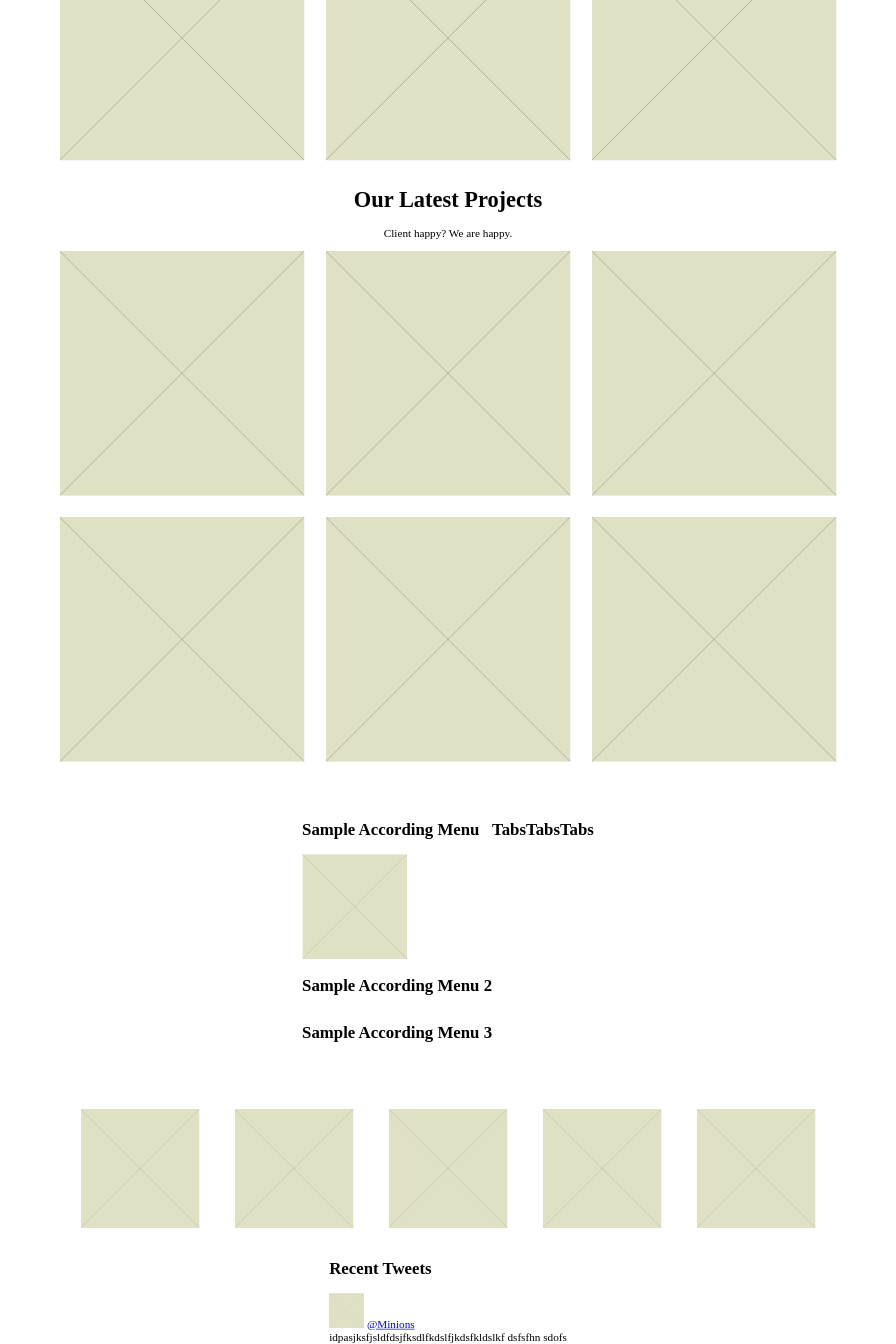
Repository: ReallyNguyen/responsive-web
Page: index.html
These files come from the project's save history. The page is drawn as it stood at one moment and after the next save; the edit follows.
The browser window is 1280 px wide. The pictures show the part of the page from y = 685 to 2605 px (the page is 2605 px tall before and 2583 px after), at 70% of full size.

Above is the page before, as saved 2023-01-25 21:36:12.

### index.html
<!doctype html>
<html class="no-js" lang="">

<head>
  <meta charset="utf-8">
  <title></title>
  <meta name="description" content="">
  <meta name="viewport" content="width=device-width, initial-scale=1">

  <meta property="og:title" content="">
  <meta property="og:type" content="">
  <meta property="og:url" content="">
  <meta property="og:image" content="">

  <link rel="manifest" href="site.webmanifest">
  <link rel="apple-touch-icon" href="icon.png">
  <!-- Place favicon.ico in the root directory -->

  <link rel="stylesheet" href="css/normalize.css">
  <link rel="stylesheet" href="css/main.css">

  <meta name="theme-color" content="#fafafa">
</head>

<body>
  <header>
    <div class="nav-bar">
      <h1 class="company-name" >Metrolics</h1>
      <img class="logo" src="placeholder.svg" alt="company logo" width="50" height="50">
      <img class="accordian" src="placeholder.svg" alt="accordian here" width="50" height="50">

    </div>

    <div class="introduction">
      <h1> Hey guys! This is the Metrolics theme. It sports a responsive layout with a mobile layout.</h1>
    </div>


  </header>



  <article>

    <div class="Title">
      <h1>
        Things we do
      </h1>
      <p>
        ask what we do
      </p>
    </div>

    <main>

      <div class="Contents">
        <div class="Content">
          <img src="placeholder.svg" alt="" width="50" height="50">
          <div class="Description">
            <h4 class="topic">
              Web Solution
            </h4>
            <p> ajisdjsad</p>
          </div>
        </div>

        <div class="Content">
          <img src="placeholder.svg" alt="" width="50" height="50">
          <div class="Description">
            <h4 class="topic">
              Photography
            </h4>
            <p> ajisdjsad</p>
          </div>
        </div>

        <div class="Content">
          <img src="placeholder.svg" alt="" width="50" height="50">
          <div class="Description">
            <h4 class="topic">
              Web Development
            </h4>
            <p> ajisdjsad</p>
          </div>
        </div>

        <div class="Content">
          <img src="placeholder.svg" alt="" width="50" height="50">
          <div class="Description">
            <h4 class="topic">
              Web Design
            </h4>
            <p> ajisdjsad</p>
          </div>
        </div>



      </div>

      <div class="whats_up_lately">

        <div class="Title">
          <h1>
            What's up lately?
          </h1>
          <p>
            Read up on our latest work
          </p>
        </div>

        <div class="Boxes">
          <img class="Sample" src="placeholder.svg" alt="" width="360" height="360">
          <img class="Sample" src="placeholder.svg" alt="" width="360" height="360">
          <img class="Sample" src="placeholder.svg" alt="" width="360" height="360">
        </div>
      </div>

      <div class="our_latest_projects">

        <div class="Title">
          <h1>
            Our Latest Projects
          </h1>
          <p>
            Client happy? We are happy.
          </p>
        </div>

        <div class="Boxes">
          <img class="Sample" src="placeholder.svg" alt="">
          <img class="Sample" src="placeholder.svg" alt="">
          <img class="Sample" src="placeholder.svg" alt="">
          <img class="Sample" src="placeholder.svg" alt="">
          <img class="Sample" src="placeholder.svg" alt="">
          <img class="Sample" src="placeholder.svg" alt="">
        </div>
      </div>

      <div class="Bottom">
        <div class="Menu">
          <div class="Menu1">
            <h2>Sample According Menu</h2>
            <div class="Desc-Menu1"></div>
            <img src="placeholder.svg" alt="" width="150" height="150">
          </div>
          <h2>Sample According Menu 2</h2>
          <h2>Sample According Menu 3</h2>
        </div>
        <div class="Tabs">
          <h2>Tabs</h2>
          <h2>Tabs</h2>
          <h2>Tabs</h2>
        </div>
      </div>

      <div class="Companies">
        <img class="Companies-Logo" src="placeholder.svg" alt="">
        <img class="Companies-Logo" src="placeholder.svg" alt="">
        <img class="Companies-Logo" src="placeholder.svg" alt="">
        <img class="Companies-Logo" src="placeholder.svg" alt="">
        <img class="Companies-Logo" src="placeholder.svg" alt="">
      </div>

      <div class="recent-tweets">
        <h2> Recent Tweets </h2>
        <div class="social-box">
          <img src="placeholder.svg" alt="" width="50" height="50">
          <a href="url"> @Minions </a>
          <p> idpasjksfjsldfdsjfksdlfkdslfjkdsfkldslkf dsfsfhn sdofs </p>
        </div>
      </div>

    </main>



  </article>
</body>

</html>

### css/main.css
.nav-bar {
  display: flex;
  flex-direction: row;
  justify-content: center;
  margin: 50px;
}

.introduction {
  display: flex;
  justify-content: center;
}

article>div {
  margin: 15px;
}

.Title {
  display: flex;
  flex-direction: column;
  text-align: center;
  margin-top: 0;
}

main {
  display: flex;
  flex-direction: column;
  align-items: center;
}


.topic {
  margin: 0;
}

p {
  margin: 0px;
}

.Contents {
  display: flex;
  flex-direction: row;
}

.Content {
  display: flex;
  flex-direction: row;
  margin: 15px;
}

.Boxes {
  display: flex;
  display: flex;
  flex-wrap: wrap;
  justify-content: center;
}

.Sample {
  margin: 15px;
  width: 350px;
  height: 350px;
}

.Bottom {
  display: flex;
  flex-direction: row;
  margin: 50px;
}

.Menu {
  display: flex;
  flex-direction: column;
}

.Tabs {
  display: flex;
  flex-direction: row;
}

.Companies {
  display: flex;
  flex-direction: row;
}

.Companies-Logo {
  width: 170px;
  height: 170px;
  margin: 25px;
}

/* Small only */
@media screen and (max-width: 39.9375em) {
  header {
    display: flex;
    flex-direction: column;
    text-align: center;
    margin: 15px;
    font-size: 10px;
  }
}

/* Medium and up */
@media screen and (min-width: 40em) {
  h1 br {
    display: none;
  }

}

/* Medium only */
@media screen and (min-width: 40em) and (max-width: 63.9375em) {}

/* Large and up */
@media screen and (min-width: 64em) {}

/* Large only */
@media screen and (min-width: 64em) and (max-width: 74.9375em) {}

Loaded but not shown: css/normalize.css (library)

After the next save:
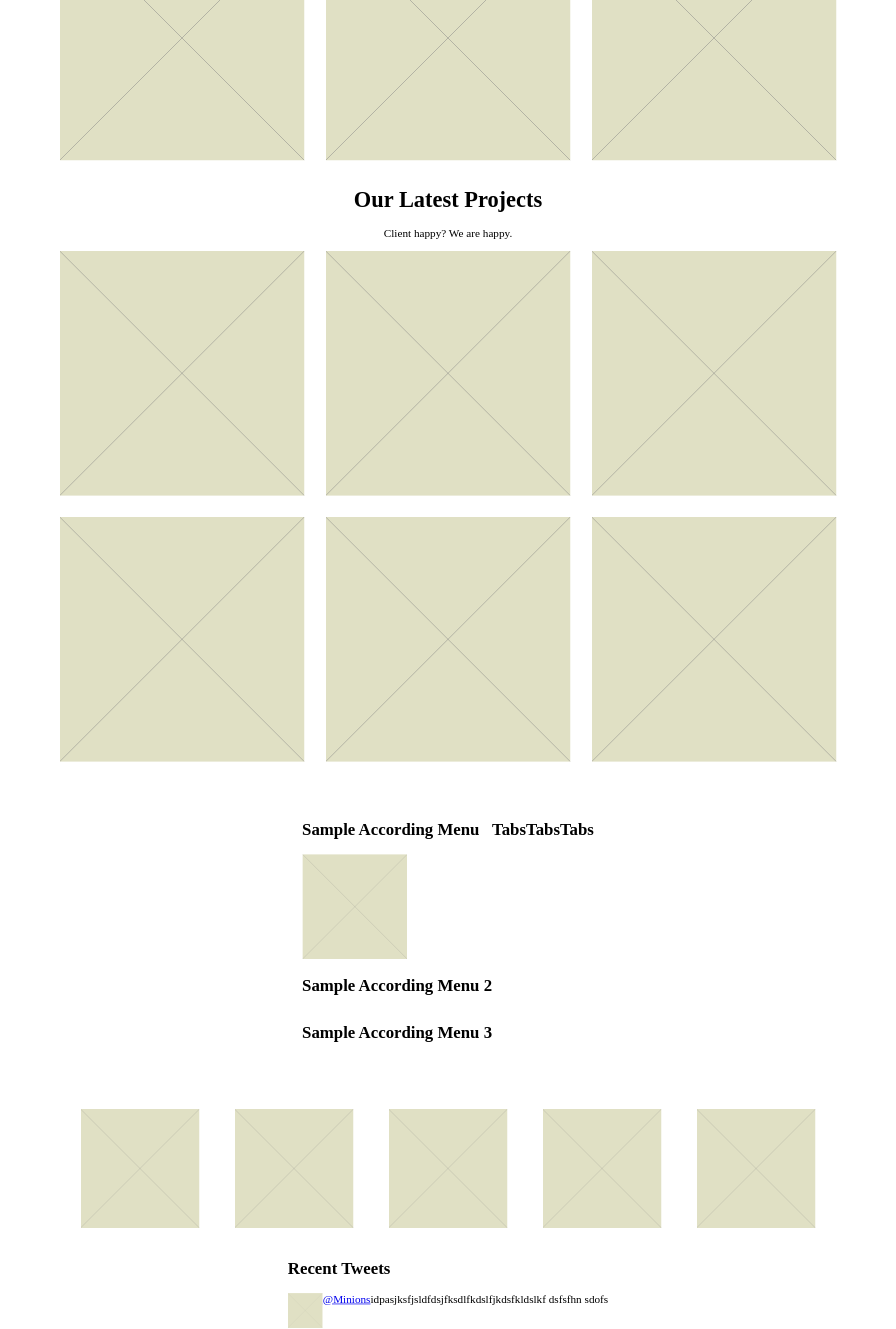
Saved 23 s later.
--- a/css/main.css
+++ b/css/main.css
@@ -8,6 +8,11 @@
 .introduction {
   display: flex;
   justify-content: center;
+}
+
+.social-box {
+  display: flex;
+  flex-direction: row;
 }
 
 article>div {
